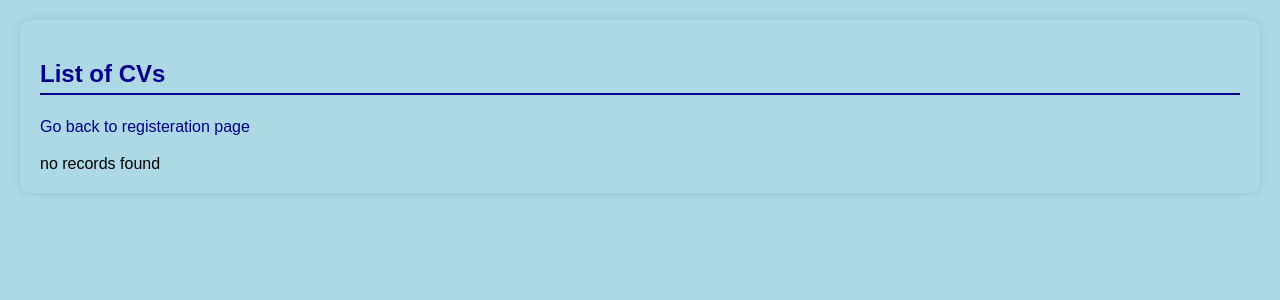
Repository: Arisha004/CV-generator
Page: http://localhost/list.php
The author's editor kept a copy of each file at every save. The page is drawn from the files as they stood at one save, then again after the next save.
The browser window is 1280 px wide. The pictures show the whole page.
The page is run by PHP 8.4 with error messages shown; the project is at /var/www/html/. Queries for data that is not in the repository find no rows.

Above is the page before, as saved 2025-10-14 01:03:09.

### list.php
<?php
include 'db.php';
$sql="select * from person";
$result=$conn->query($sql);


?>
<!DOCTYPE html>
<html lang="en">
<head>
    <meta charset="UTF-8">
    <meta name="viewport" content="width=device-width, initial-scale=1.0">
    <title>Document</title>
   <link rel="stylesheet" href="style.css">


</head>
<body>
    <h2>List of CVs</h1>
    <p><a href="index.html"> Go back to registeration page</a></p>
    <?php
    if($result->num_rows>0){
echo "<table border='1' cellpadding='10'>";
  echo   "<tr>
    <th>ID</th>
    <th>Name</th>
    <th>Email</th>
    <th>Phone</th>
    <th>Address</th>
    <th>Education</th>
    <th>Experience</th>
    <th>Skills</th>
    <th>Action</th>

    </tr>";

while($row=$result->fetch_assoc()){
    echo "<tr>";
    echo "<td>".$row["id"]."</td>";
    echo "<td>".$row["name"]."</td>";
    echo "<td>".$row["email"]."</td>";
    echo "<td>".$row["phone"]."</td>";
    echo "<td>".$row["address"]."</td>";
    echo "<td>".$row["education"]."</td>";
    echo "<td>".$row["experience"]."</td>";
    echo "<td>".$row["skills"]."</td>";

    echo "</tr>";

}
echo "</table>";
    }
    else{
        echo "no records found";
    }

?>
</body>
</html>

### db.php
<?php
$servername = "localhost";
$username = "root";
$password = "";
$dbname = "cv";
$conn= new mysqli($servername, $username, $password, $dbname);
if($conn->connect_error){
    die("". $conn->connect_error);
}

?>

### style.css

body{
    background-color: lightblue;
    font-family: Arial, sans-serif;
    margin: 20px;
    padding: 20px;
    border-radius: 10px;
    box-shadow: 0 0 10px rgba(0, 0,0, 0.1);

}
h1{
    color: darkblue;
    text-align: center;
}
p{
    font-size: 16px;
    line-height: 1.5;
    color: #333;
}
a{
    color: darkblue;
    text-decoration: none;
}
a:hover{
    text-decoration: underline;
}
button{
    background-color: darkblue;
    color: white;
    border: none;
    padding: 10px 20px;
    border-radius: 5px;
    cursor: pointer;
}
button:hover{
    background-color: navy;
}
input[type="text"], input[type="email"], textarea,input[type="tel"]{
    width: 100%;
    padding: 10px;
    margin: 10px 0;
    border: 1px solid #ccc;
    border-radius: 5px;
    box-sizing: border-box;
}
h2{
    color: darkblue;
    border-bottom: 2px solid darkblue;
    padding-bottom: 5px;
}
input[type="submit"]{
    background-color: darkblue;
    color: white;
    border: none;
    padding: 10px 20px;
    border-radius: 5px;
    cursor: pointer;
}
  table, th, td{
            border: 1px solid black;
            border-collapse: collapse;
        }
        th, td{
            padding: 10px;
        }

form{
    max-width: 600px;
    margin: auto;
}
label{
    font-weight: bold;
}
.container{
    max-width: 800px;
    margin: auto;
    padding: 20px;
    background-color: white;
    border-radius: 10px;
    box-shadow: 0 0 10px rgba(0, 0, 0, 0.1);
}
button a{
    color: white;

}

After the next save:
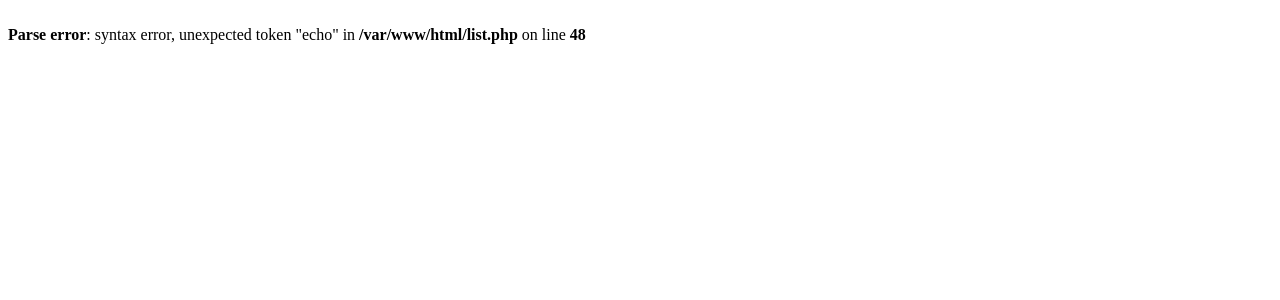
Saved 4 s later.
--- a/list.php
+++ b/list.php
@@ -44,7 +44,7 @@ while($row=$result->fetch_assoc()){
     echo "<td>".$row["education"]."</td>";
     echo "<td>".$row["experience"]."</td>";
     echo "<td>".$row["skills"]."</td>";
-
+    echo
     echo "</tr>";
 
 }
